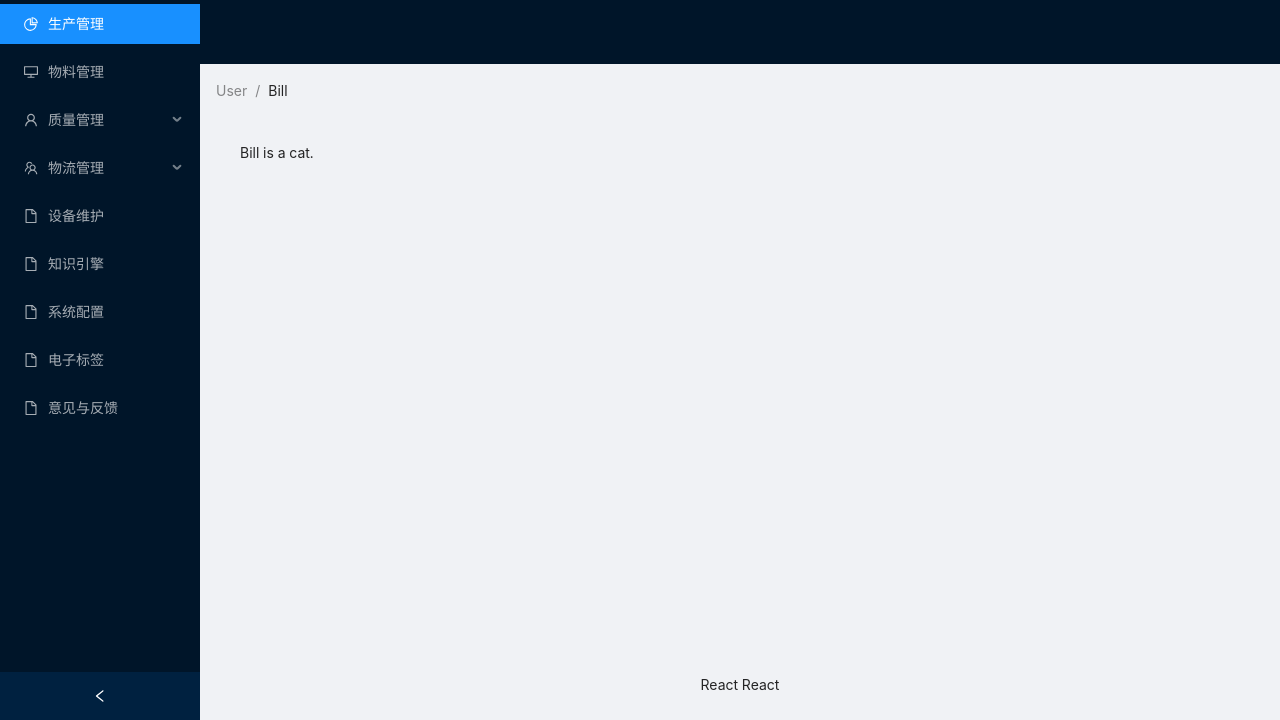
Repository: Vsran/management
Page: /
An editor plug-in stored every save of this project. The page is shown before and after the next save, followed by the edit.
The browser window is 1280 px wide. The pictures show the whole page.
The project was rebuilt for these pictures with package versions that can differ from the ones it lists, and the page was loaded fresh each time.

Above is the page before, as saved 2021-01-16 13:38:24.

### src/index.js
import React from "react";
import ReactDOM from "react-dom";
//import { Provider } from "react-redux";
//import { store } from "./redux/store";
//import "./index.css";
//import App from "./App";
import reportWebVitals from "./reportWebVitals";
import SiderDemo from './pages/layout';
import 'antd/dist/antd.css';
//ReactDOM.render(
//  <Provider store={store}>
//    <React.StrictMode>
//      <App />
//    </React.StrictMode>
//  </Provider>,
//  document.getElementById("root")
//);

ReactDOM.render(
  <SiderDemo/>,
  document.getElementById("root")
);


// If you want to start measuring performance in your app, pass a function
// to log results (for example: reportWebVitals(console.log))
// or send to an analytics endpoint. Learn more: https://bit.ly/CRA-vitals
reportWebVitals();

### src/pages/layout.js
import React from 'react';
import { Layout, Menu, Breadcrumb } from 'antd';
import {
  DesktopOutlined,
  PieChartOutlined,
  FileOutlined,
  TeamOutlined,
  UserOutlined,
} from '@ant-design/icons';

const { Header, Content, Footer, Sider } = Layout;
const { SubMenu } = Menu;

class SiderDemo extends React.Component {
  state = {
    collapsed: false,
  };

  onCollapse = collapsed => {
    console.log(collapsed);
    this.setState({ collapsed });
  };

  render() {
    const { collapsed } = this.state;
    return (
      <Layout style={{ minHeight: '100vh' }}>
        <Sider collapsible collapsed={collapsed} onCollapse={this.onCollapse}>
          <div className="logo" />
          <Menu theme="dark" defaultSelectedKeys={['1']} mode="inline">
            <Menu.Item key="1" icon={<PieChartOutlined />}>
               生产管理
            </Menu.Item>
            <Menu.Item key="2" icon={<DesktopOutlined />}>
              物料管理
            </Menu.Item>
            <SubMenu key="sub1" icon={<UserOutlined />} title="质量管理">
              <Menu.Item key="3">Tom</Menu.Item>
              <Menu.Item key="4">Bill</Menu.Item>
              <Menu.Item key="5">Alex</Menu.Item>
            </SubMenu>
            <SubMenu key="sub2" icon={<TeamOutlined />} title="物流管理">
              <Menu.Item key="6">Team 1</Menu.Item>
              <Menu.Item key="8">Team 2</Menu.Item>
            </SubMenu>
            <Menu.Item key="9" icon={<FileOutlined />}>
              设备维护
            </Menu.Item>
            <Menu.Item key="9" icon={<FileOutlined />}>
              知识引擎
            </Menu.Item>
            <Menu.Item key="10" icon={<FileOutlined />}>
              系统配置
            </Menu.Item>
            <Menu.Item key="11" icon={<FileOutlined />}>
              电子标签
            </Menu.Item>
            <Menu.Item key="12" icon={<FileOutlined />}>
              意见与反馈
            </Menu.Item>
          </Menu>
        </Sider>
        <Layout className="site-layout">
          <Header className="site-layout-background" style={{ padding: 0 }} />
          <Content style={{ margin: '0 16px' }}>
            <Breadcrumb style={{ margin: '16px 0' }}>
              <Breadcrumb.Item>User</Breadcrumb.Item>
              <Breadcrumb.Item>Bill</Breadcrumb.Item>
            </Breadcrumb>
            <div className="site-layout-background" style={{ padding: 24, minHeight: 360 }}>
              Bill is a cat.
            </div>
          </Content>
          <Footer style={{ textAlign: 'center' }}>React React </Footer>
        </Layout>
      </Layout>
    );
  }
}

export default SiderDemo;

Loaded but not shown: public/index.html (common file); src/reportWebVitals.js (common file)

After the next save:
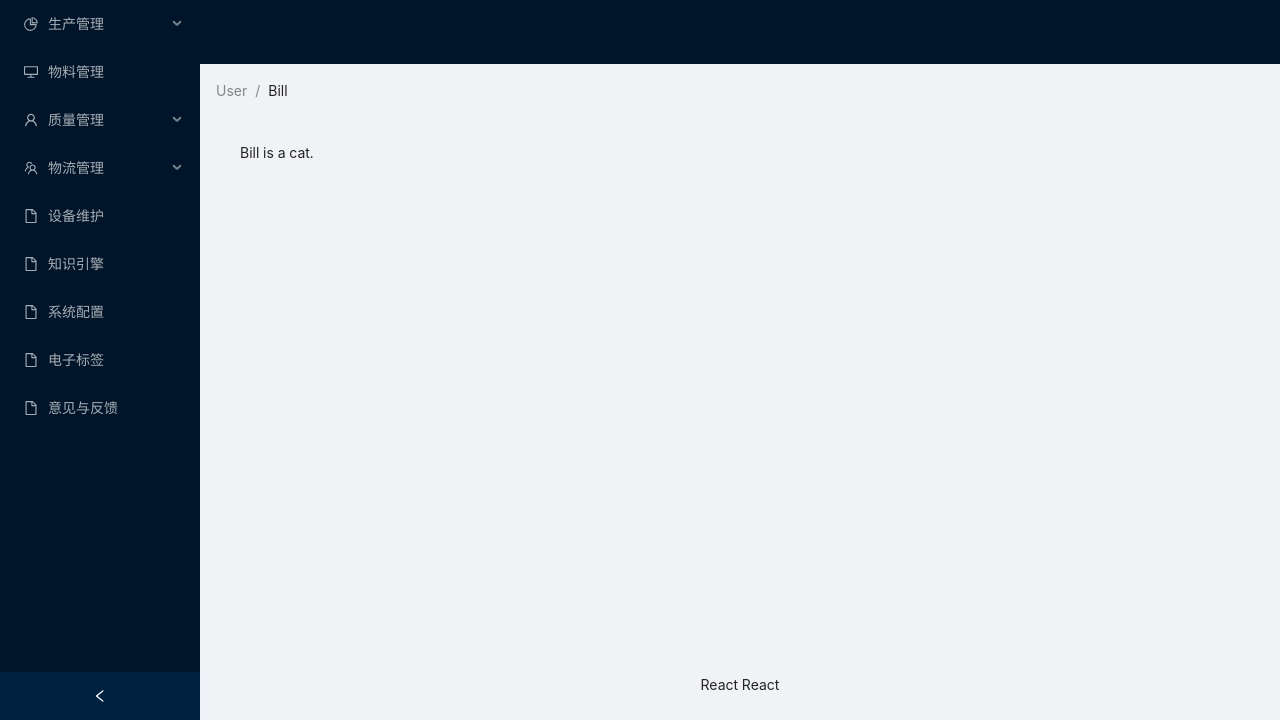
Saved 12 min 24 s later.
--- a/src/pages/layout.js
+++ b/src/pages/layout.js
@@ -28,18 +28,23 @@ class SiderDemo extends React.Component {
         <Sider collapsible collapsed={collapsed} onCollapse={this.onCollapse}>
           <div className="logo" />
           <Menu theme="dark" defaultSelectedKeys={['1']} mode="inline">
-            <Menu.Item key="1" icon={<PieChartOutlined />}>
-               生产管理
-            </Menu.Item>
+            <SubMenu key="sub1" icon={<PieChartOutlined />} title="生产管理">
+               <Menu.Item>计划工单</Menu.Item>
+               <Menu.Item>生产任务</Menu.Item>
+               <Menu.Item>生产看板</Menu.Item>
+               <Menu.Item>生产报表</Menu.Item>
+               <Menu.Item>销售订单</Menu.Item>
+               <Menu.Item>追溯</Menu.Item>
+            </SubMenu>
             <Menu.Item key="2" icon={<DesktopOutlined />}>
               物料管理
             </Menu.Item>
-            <SubMenu key="sub1" icon={<UserOutlined />} title="质量管理">
+            <SubMenu key="sub2" icon={<UserOutlined />} title="质量管理">
               <Menu.Item key="3">Tom</Menu.Item>
               <Menu.Item key="4">Bill</Menu.Item>
               <Menu.Item key="5">Alex</Menu.Item>
             </SubMenu>
-            <SubMenu key="sub2" icon={<TeamOutlined />} title="物流管理">
+            <SubMenu key="sub3" icon={<TeamOutlined />} title="物流管理">
               <Menu.Item key="6">Team 1</Menu.Item>
               <Menu.Item key="8">Team 2</Menu.Item>
             </SubMenu>
